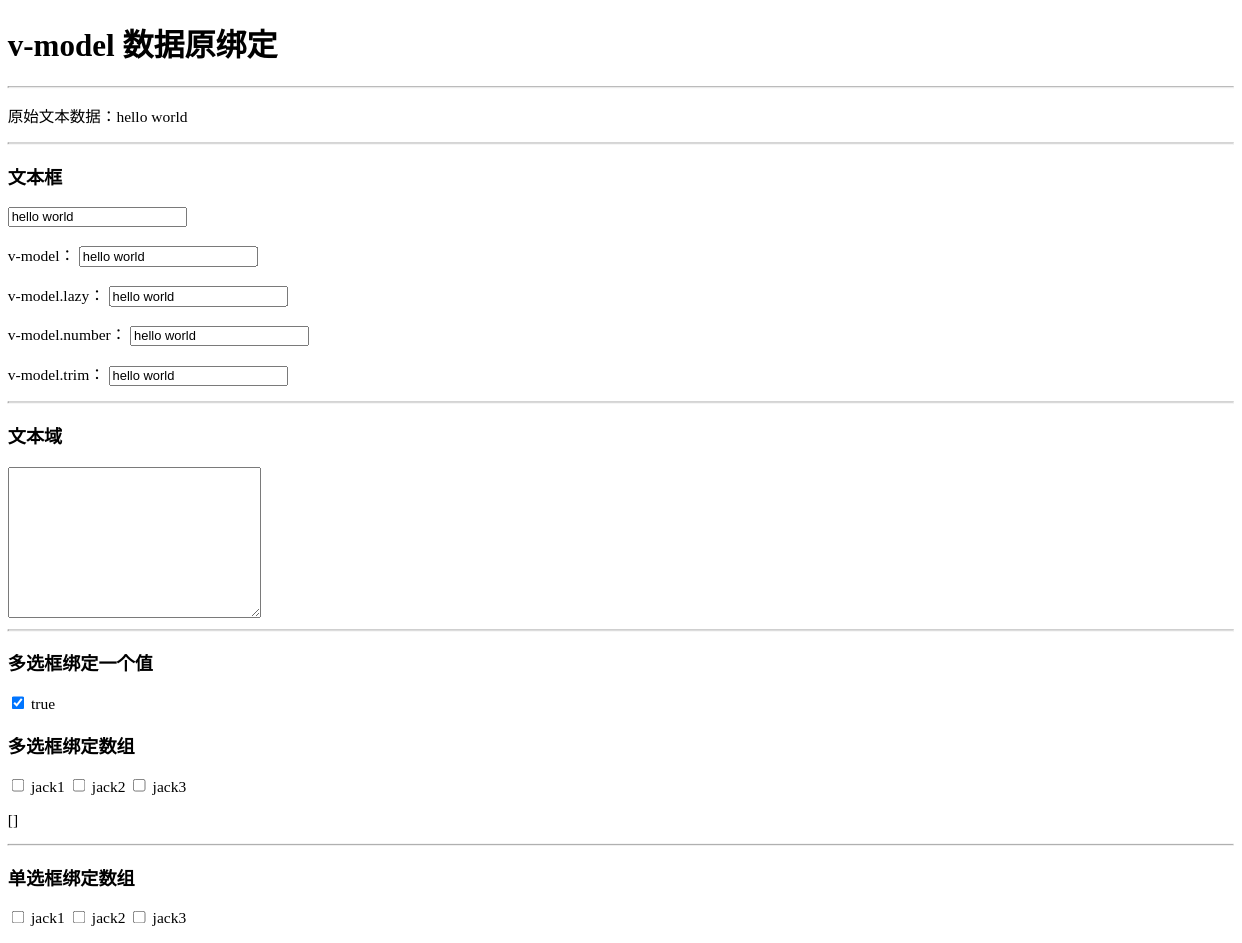
Repository: 13982720426/vue2.0-LearningNotes
Page: example/v-model.html
The author's editor kept a copy of each file at every save. The page is drawn from the files as they stood at one save, then again after the next save.
The browser window is 1280 px wide. The pictures show the whole page, at 97% of full size.

Above is the page before, as saved 2021-06-17 21:33:28.

After the next save:
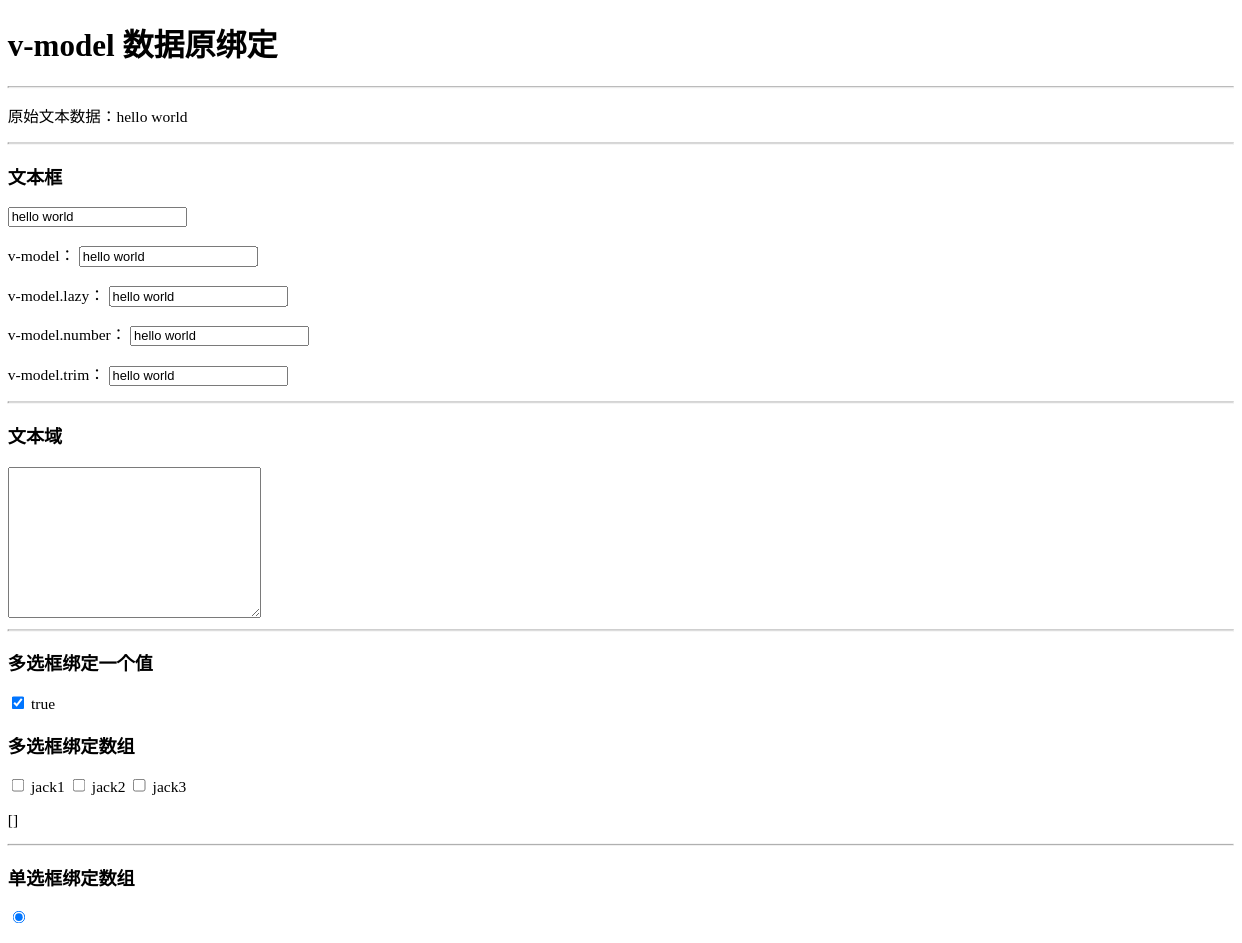
Saved 46 s later.
--- a/example/v-model.html
+++ b/example/v-model.html
@@ -52,12 +52,7 @@
       <hr />
       <h3>单选框绑定数组</h3>
       <p>
-        <input type="checkbox" id="jack1" value="jack1" v-model="web_names" />
-        <label for="isTrue">jack1</label>
-        <input type="checkbox" id="jack2" value="jack2" v-model="web_names" />
-        <label for="isTrue">jack2</label>
-        <input type="checkbox" id="jack3" value="jack3" v-model="web_names" />
-        <label for="isTrue">jack3</label>
+        <input type="radio" id="one" value="男" v-model="sex" />
       </p>
     </div>
 
